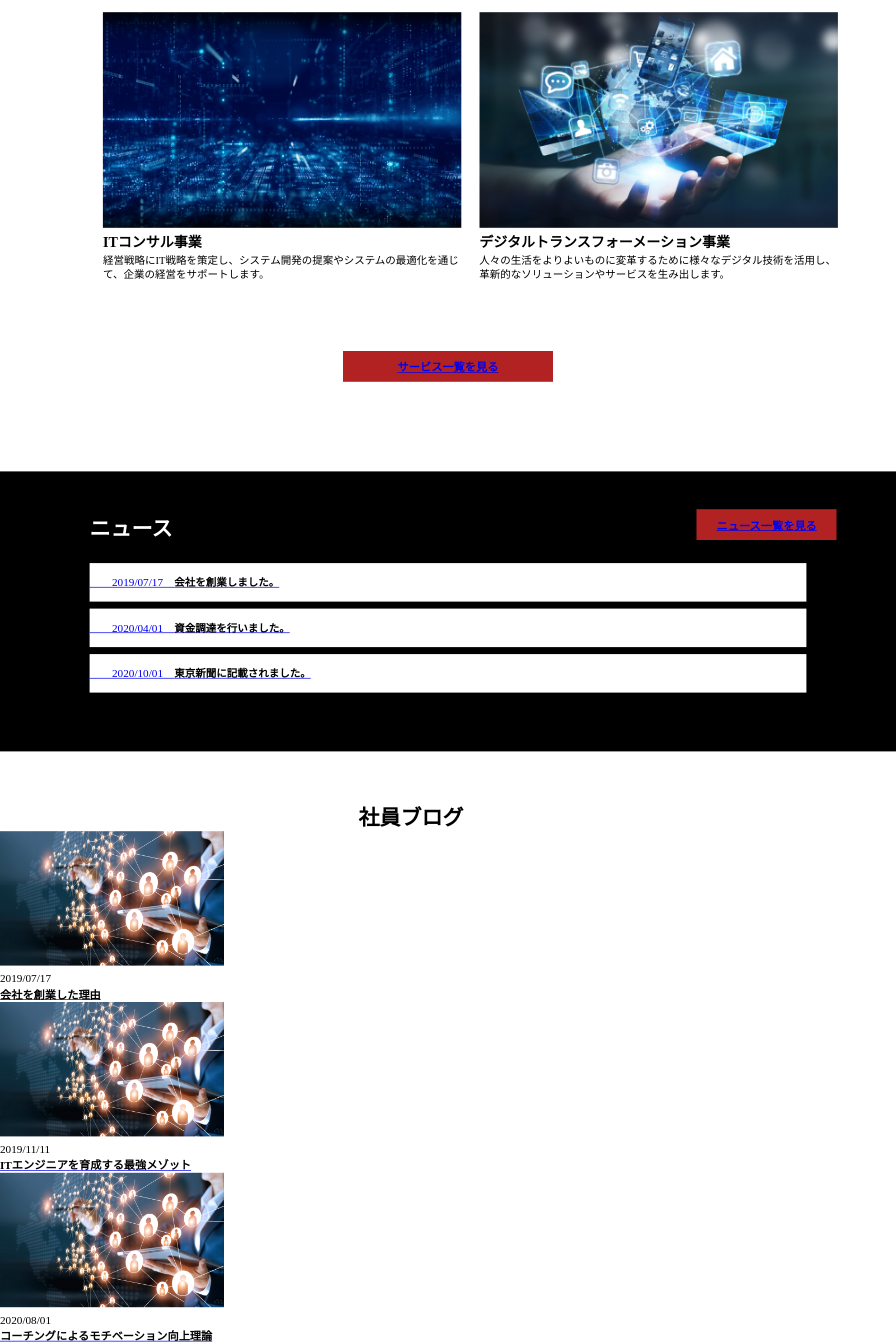
Repository: sigemasaasuka/20211012sigemasa
Page: index.html
The author's editor kept a copy of each file at every save. The page is drawn from the files as they stood at one save, then again after a run of saves.
The browser window is 1280 px wide. The pictures show the part of the page from y = 1338 to 3258 px (the page is 3258 px tall before and 2714 px after), at 70% of full size.

Above is the page before, as saved 2021-10-20 16:40:37.

### index.html
<!DOCTYPE html>
<html lang="ja">

<head>
  <meta charset="UTF-8">
  <meta name="viewport" content="width=device-width, initial-scale=1.0">
  <title>Document</title>

    <link rel="stylesheet" href="css/reset.css">
    <link rel="stylesheet" href="css/index.css">
</head>
<body>
  <header class="header">
    <div class="header-logo">
      <img class="logo" src="img/logo.png" alt="logo">
    </div>
    <nav class="header-nav">
      <ul class="header-nav-list">
        <li class="header-nav-item"><a href="index.html">ホーム</a></li>
        <li class="header-nav-item"><a href="service.html">事業内容</a></li>
        <li class="header-nav-item"><a href="news.html">ニュース</a></li>
        <li class="header-nav-item"><a href="blog.html">社員ブログ</a></li>
        <li class="header-nav-item"><a href="company.html">会社概要</a></li>
        <li class="header-nav-item"><a href="recruit.html">採用情報</a></li>
        <li class="header-nav-item"><a href="contact.html">お問い合わせ</a></li>
      </ul>
    </nav>
  </header>
  <div class="home">
  <div class="home-photo">
    <div class="home-title">
    <p>最新のテクノロジーで社会課題を解決</p>
      <div class="home-title2">
      <p>Solving　issues　with　the　latest　technology</p>
     </div>
    </div>
    </div>
    </div>
    <div class="home-color">
      <div class="hope">
        <p><br><br>株式会社TECHの想い</p>
        <div class="hope2">
          <p>あらゆる産業において、新たなデジタル技術を使ってこれまでにないビジネスモデルを展開する新規参加者が登場し、ゲームチェンジが起ころうとしています。こうした<br>中で、各企業は、競争力維持・強化のために、DXを迅速に進めていくことが求められています。しかし、DXにおいて投資コストは非常にかかります。株式会社TECHでは<br>独自のオペレーションと人材教育により、他社よりも価格を抑えた開発を行います。</p>
        </div>
      </div>
    </div>
    <div class="service">
      <p>サービス</p>
      </div>
      <div class="png1">
      <div class="service1">
        <img  src="img/service1.png"  alt="service1">
        <div class="it">
        <p>IT人材育成事業</p>
        <div class="it2">
        <p>これまでに培った教育手法を生かして、短期間で即戦力のIT人材を育成します。</p>
        </div>
      </div>
      </div>
      <div class="service2">
      <img  src="img/service2.png" alt="service2">
      <div class="coach">
        <p>コーチング事業</p>
        <div class="coach2">
          <p>目標達成を最短で実現するために、プロのコーチによるマンツーマンのサポートを実施します</p>
        </div>
      </div>
      </div>
      </div>
      <div class="png2">
      <div class="service3">
        <img src="img/service3.png" alt="service3">
        <div class="Consultant">
          <p>ITコンサル事業</p>
          <div class="Consultant2">
            <p>経営戦略にIT戦略を策定し、システム開発の提案やシステムの最適化を通じて、企業の経営をサポートします。</p>
          </div>
        </div>
      </div>
      <div class="service4">
        <img src="img/service4.png" alt="service4">
        <div class="formation">
          <p>デジタルトランスフォーメーション事業</p>
          <div class="formation2">
            <p>人々の生活をよりよいものに変革するために様々なデジタル技術を活用し、革新的なソリューションやサービスを生み出します。</p>
          </div>
        </div>
      </div>
      </div>
      <div class="list">
        <a href="service.html">サービス一覧を見る</a>
      </div>
      <div class="news">
        <div class="nesw-list">
          <div class="news-font">
          <p>ニュース</p></div>
          <div class="news-button">
            <a href="news.html">ニュース一覧を見る</a>
          </div>
        </div>
        <div class="news-info1">
          <a href="index.html">　　2019/07/17　<span class="co">会社を創業しました。</span></a></div>
          <div class="news-info2">
          <a href="index.html">　　2020/04/01　<span class="fund">資金調達を行いました。</span></a></div>
          <div class="news-info3">
          <a href="index.html">　　2020/10/01　<span class="newspaper">東京新聞に記載されました。</span></a></div>
      </div>
      <div class="blog">
        <p>社員ブログ</p>
        </div>
        <div class="blog-column">
        <div class="reason">
        <div class="reason-png">
          <a href="index.html">
            <img src="img/blog.png" alt="blog">
          </a>
          <p class="reason1">2019/07/17</p>
          <a href="index.html"><p class="reason2">会社を創業した理由</p></a>
        </div>
        </div>
        <div class="nurturing">
        <div class="nurturing-png">
          <a href="index.html">
            <img src="img/blog.png" alt="blog">
          </a>
          <p class="nurturing1">2019/11/11</p>
          <a href="index.html">
            <p class="nurturing2">ITエンジニアを育成する最強メゾット</p>
          </a>
        </div>
      </div>
      <div class="coaching">
        <div class="coaching-png">
        <a href="index.html">
          <img src="img/blog.png" alt="blog">
        </a>
        <p class="coaching1">2020/08/01</p>
        <a href="index.html">
          <p class="coaching2">コーチングによるモチベーション向上理論</p>
        </a>
        </div>
        </div>
        </div>


<script src="js/main.js"></script>
</body>
</html>

### css/reset.css
@charset "UTF-8";
html, body, div, span, applet, object, iframe,
h1, h2, h3, h4, h5, h6, p, blockquote, pre,
a, abbr, acronym, address, big, cite, code,
del, dfn, em, img, ins, kbd, q, s, samp,
small, strike, strong, sub, sup, tt, var,
b, u, i, center,
dl, dt, dd, ol, ul, li,
fieldset, form, label, legend,
table, caption, tbody, tfoot, thead, tr, th, td,
article, aside, canvas, details, embed,
figure, figcaption, footer, header, hgroup,
menu, nav, output, ruby, section, summary,
time, mark, audio, video {
margin: 0;
padding: 0;
border: none;
font-style: normal;
text-align: left;
zoom: 1;
}
article, aside, details, figcaption, figure,
footer, header, hgroup, menu, nav, section {
display: block;
}
table {
border-collapse: collapse;
font-family: inherit;
}
h1,h2,h3,h4,h5 {
font-size: 100%;
font-weight: normal;
line-height: 1;
}
input,textarea,select {
font-family: inherit;
font-size: 16px;
}
input[type="button"],input[type="text"],input[type="submit"] {
 -webkit-appearance: none;
 border-radius: 0;
}
textarea {
resize: none;
-webkit-appearance: none;
border-radius: 0;
}
th,td {
border-collapse: collapse;
}
table th,table td {
white-space: nowrap;
}
ul,ol {
list-style-type: none;
}
img {
vertical-align: text-bottom;
vertical-align: -webkit-baseline-middle;
max-width: 100%;
height: auto;
width /***/:auto;
}

### css/index.css
.logo {
  text-decoration: none;
  color: inherit;
  width: 50%;
}
.header {
  width: 100%;
  display: flex;
  justify-content: space-between;
  align-items: center;
  height: 70px;
  padding: 0 30px;
  position: fixed;
  box-sizing: border-box;
  background-color: #fff;
  color: #000;
}

.a {
  text-decoration: none;
}

.header-ttl {
  font-size: 24px;
  width: 80px;
}

.header-nav-list {
  display: flex;
  font-weight: bold;
}

.header-nav-item:not(:last-child) {
  margin-right: 30px;
}

.home-photo {
  position: relative;
  padding-top: calc(250 / 683 * 100%); /* calc(画像高さ ÷ 画像横幅 × 100%) */
  background: url(../img/mv.png) center center / cover no-repeat;
}

.home-title {
  display: flex;
  flex-direction: column;
  position: absolute;
  font-size: 50px;
  margin-left: 20%;
  top: 40%;
  font-weight: bolder;
  color: #fff;
}

.home-title2 {
  display: flex;
  position: absolute;
  font-size: 20px;
  margin-top: 45px;
  margin-left: 23%;
  top: 40%;
  font-weight: bold;
  color: #fff;
}

.home-color {
  background-color: #000;
  height: 300px;
}

.hope {
  top: 30%;
  display: flex;
  flex-direction: column;
  font-weight: bolder;
  font-size: 30px;
  margin-left: 10%;
  color: #fff;
}

.hope2 {
  display: flex;
  font-size: 15px;
  margin-top: 20px;
  font-weight: normal;
  color: #fff;
}

.service {
  margin-top: 5%;
  margin-left: 45%;
  font-size: 35px;
  font-weight: bolder;
}

.png1 {
  display: flex;
  justify-content: center;
}

.service1 {
  margin-top: 5%;
  margin-left: 5%;
  width: 40%;
}

.it {
  margin-top: 1%;
  font-size: 20px;
  font-weight: bolder;
}

.it2 {
  font-size: 15px;
  font-weight: normal;
}

.service2 {
  margin-top: 3%;
  margin-left: 2%;
  width: 40%;
}

.coach {
  margin-top: 1%;
  font-size: 20px;
  font-weight: bolder;
}

.coach2 {
  font-size: 15px;
  font-weight: normal;
}

.png2 {
  display: flex;
  justify-content: center;
}

.service3 {
  margin-top: 2%;
  margin-left: 5%;
  width: 40%;
}

.Consultant {
  margin-top: 1%;
  font-size: 20px;
  font-weight: bolder;
}

.Consultant2 {
  font-size: 15px;
  font-weight: normal;
}

.service4 {
  margin-top: 2%;
  margin-left: 2%;
  width: 40%;
}

.formation {
  margin-top: 1%;
  font-size: 20px;
  font-weight: bolder;
}

.formation2 {
  font-size: 15px;
  font-weight: normal;
}

.list {
  width: 300px;
  padding: 10px 0;
  color: #fff;
  font-weight: bold;
  background: #b22222;
  text-align: center;
  margin: 100px auto 0;
  display: block;
}

.news {
  margin-top: 10%;
  background-color: #000;
  height: 400px;
}

.nesw-list {
  margin-left: 10%;
  display: flex;
  justify-content: flex-start;
  align-items: center;
}

.news-font {
  font-weight: bold;
  font-size: 30px;
  color: #fff;
  margin-top: 5%;
}

.news-button {
  color: #fff;
  margin-top: 50px;
  margin-left: 65%;
  width: 200px;
  padding: 10px 0;
  font-weight: bold;
  background: #b22222;
  text-align: center;
  display: block;
}

.news-info1 {
  margin-top: 30px;
  margin-left: 10%;
  width: 80%;
  height: 35px;
  padding: 10px 0;
  background: #fff;
  line-height: 35px;
  display: block;
  color: #000;
}
.co {
  font-size: 15px;
  font-weight: bold;
  color: #000;
}

.news-info2 {
  margin-top: 10px;
  margin-left: 10%;
  width: 80%;
  height: 35px;
  padding: 10px 0;
  background: #fff;
  line-height: 35px;
  display: block;
  color: #000;
}
.fund {
  font-size: 15px;
  font-weight: bold;
  color: #000;
}

.news-info3 {
  margin-top: 10px;
  margin-left: 10%;
  width: 80%;
  height: 35px;
  padding: 10px 0;
  background: #fff;
  line-height: 35px;
  display: block;
  color: #000;
}
.newspaper {
  font-size: 15px;
  font-weight: bold;
  color: #000;
}

.blog {
  margin-top: 70px;
  margin-left: 40%;
  font-size: 30px;
  font-weight: bolder;
}
.blog-column{

}

.reason-png {
  width: 25%;
}

.reason1 {
  margin-top: 10px;
  color: #000;
}

.reason2 {
  font-weight: bolder;
  color: #000;
}


.nurturing-png {
  width: 25%;
}

.nurturing1 {
  margin-top: 10px;
  color: #000;
}

.nurturing2 {
  font-weight: bolder;
  color: #000;
}


.coaching-png {
  width: 25%;
}

.coaching1 {
  margin-top: 10px;
  color: #000;
}

.coaching2 {
  font-weight: bolder;
  color: #000;
}

Loaded but not shown: js/main.js (no stored copy; drawn as an empty file)

After the next 8 saves:
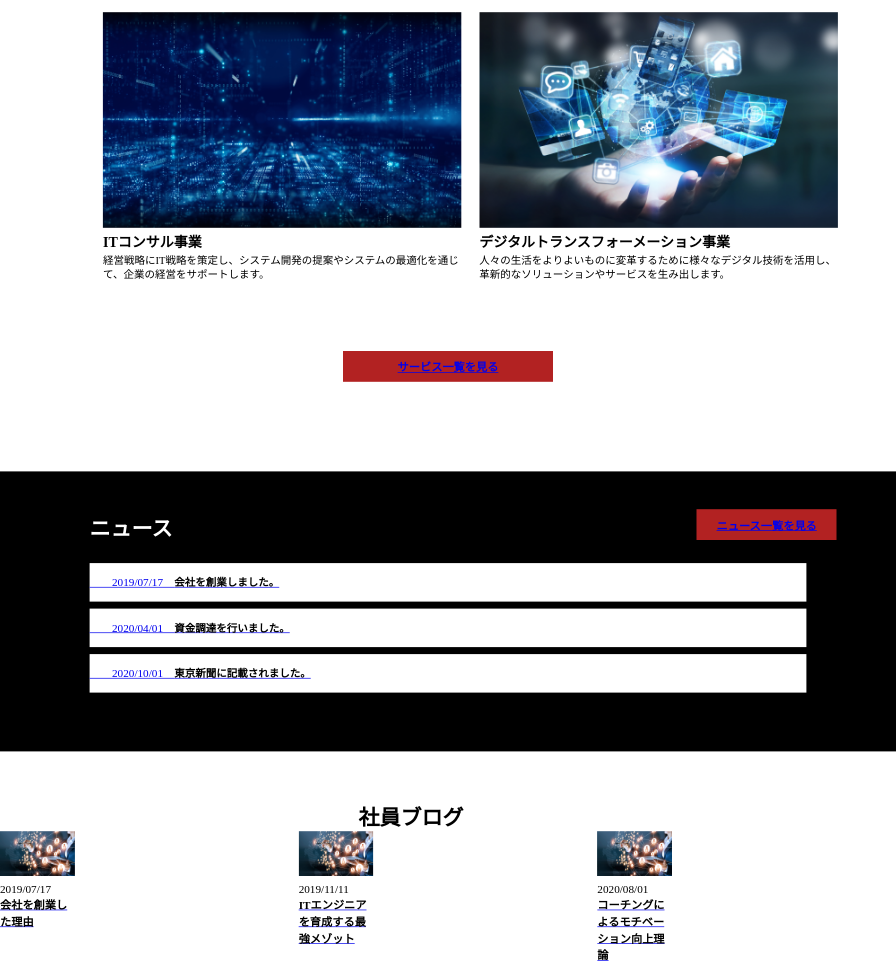
The 8 saves are shown as one change because they came seconds apart.
The last was saved 22 s later.
--- a/css/index.css
+++ b/css/index.css
@@ -270,8 +270,9 @@
   font-size: 30px;
   font-weight: bolder;
 }
-.blog-column{
-
+.blog-column {
+  display: flex;
+  justify-content: center;
 }
 
 .reason-png {
@@ -288,7 +289,6 @@
   color: #000;
 }
 
-
 .nurturing-png {
   width: 25%;
 }
@@ -303,7 +303,6 @@
   color: #000;
 }
 
-
 .coaching-png {
   width: 25%;
 }
